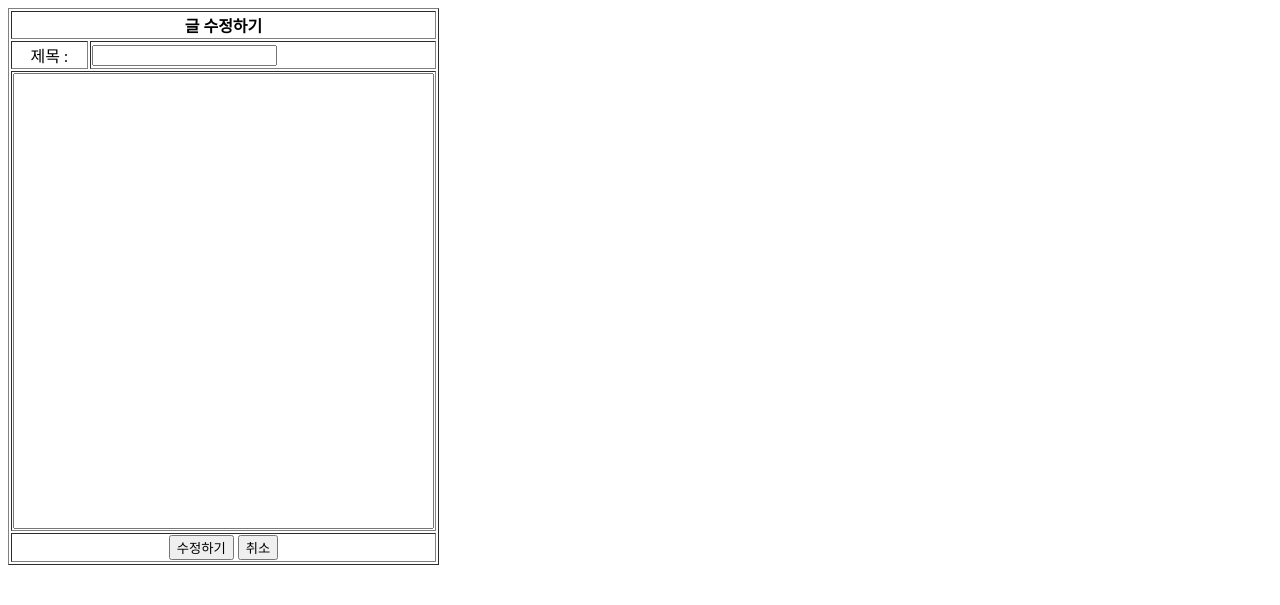
Repository: y2kim/workspace3
Page: http://localhost/WEB_MVC1_JSP_05_25/borde/update.jsp
The author's editor kept a copy of each file at every save. The page is drawn from the files as they stood at one save, then again after the next save.
The browser window is 1280 px wide. The pictures show the whole page.
The page is served by Tomcat 9. Other server files are loaded and not shown.

Above is the page before, as saved 2018-05-30 05:48:10.

### WEB_MVC1_JSP_05_25/WebContent/borde/update.jsp
<%@ page language="java" contentType="text/html; charset=UTF-8"
    pageEncoding="UTF-8"%>
<!DOCTYPE html PUBLIC "-//W3C//DTD HTML 4.01 Transitional//EN" "http://www.w3.org/TR/html4/loose.dtd">
<html>
<head>
<meta http-equiv="Content-Type" content="text/html; charset=UTF-8">
<title>Insert title here</title>
<style>
    *{
    box-sizing: border-box;
    }
</style>
</head>
<body>
<form id="update" action="doupdate.jsp" method="post">
<table border="1">
   <tr><th colspan="5" width=400>글 수정하기</th></tr>
   <tr> <td  align="center">제목 :</td> <td colspan="3"><input type="text" id="title" name="title"></td></tr>
   <tr><td colspan="5"><textarea rows="30" cols="50" style="resize: none;" id="contents" name="contents"></textarea> </td></tr>
   <tr><td colspan="5" style="align-content:center;" align="center" >
   <button id="done">수정하기</button>
   <button id="cancle">취소</button>
   </td></tr>
</table>
</form>

<script>
document.getElementById("done").onclick = function(){
	   document.getElementById("update").submit();
}
 document.getElementById("cancle").onclick = function(){
    location.href="list.jsp";
 }
</script>
		<%

		%>
</body>
</html>

After the next save:
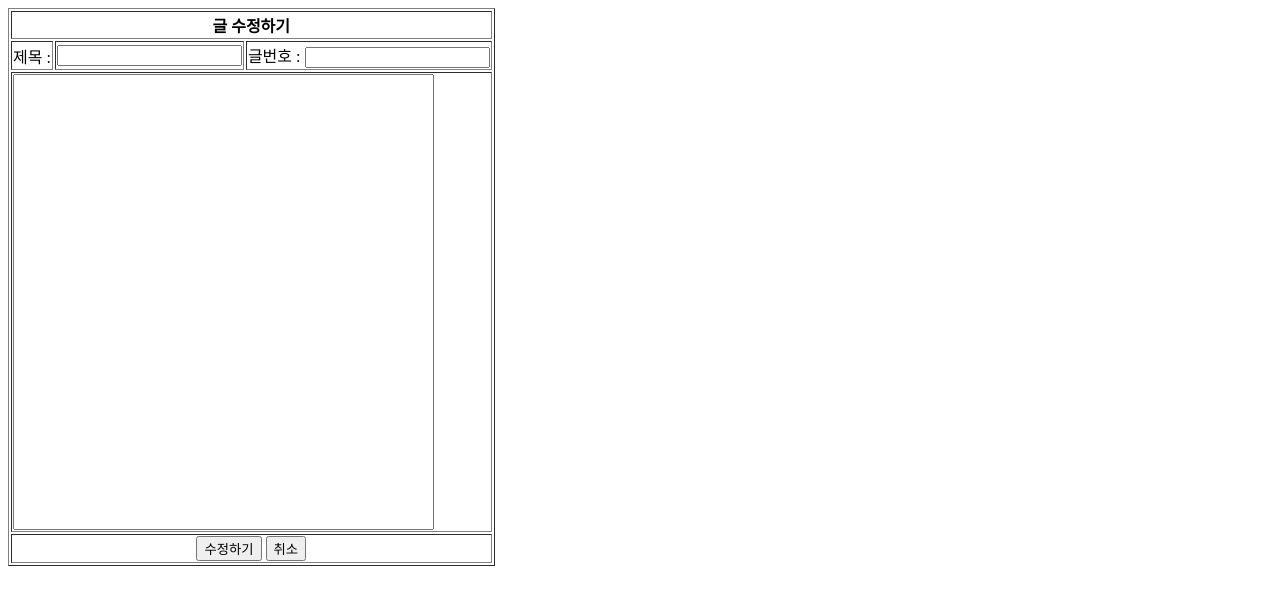
Saved 99 s later.
--- a/WEB_MVC1_JSP_05_25/WebContent/borde/update.jsp
+++ b/WEB_MVC1_JSP_05_25/WebContent/borde/update.jsp
@@ -15,7 +15,8 @@
 <form id="update" action="doupdate.jsp" method="post">
 <table border="1">
    <tr><th colspan="5" width=400>글 수정하기</th></tr>
-   <tr> <td  align="center">제목 :</td> <td colspan="3"><input type="text" id="title" name="title"></td></tr>
+   <tr> <td  align="center">제목 :</td> <td colspan="3"><input type="text" id="title" name="title"></td>
+   <td  colspan="1"> 글번호 : <input type="text" id="index" name="seq"> </td> </tr>
    <tr><td colspan="5"><textarea rows="30" cols="50" style="resize: none;" id="contents" name="contents"></textarea> </td></tr>
    <tr><td colspan="5" style="align-content:center;" align="center" >
    <button id="done">수정하기</button>
